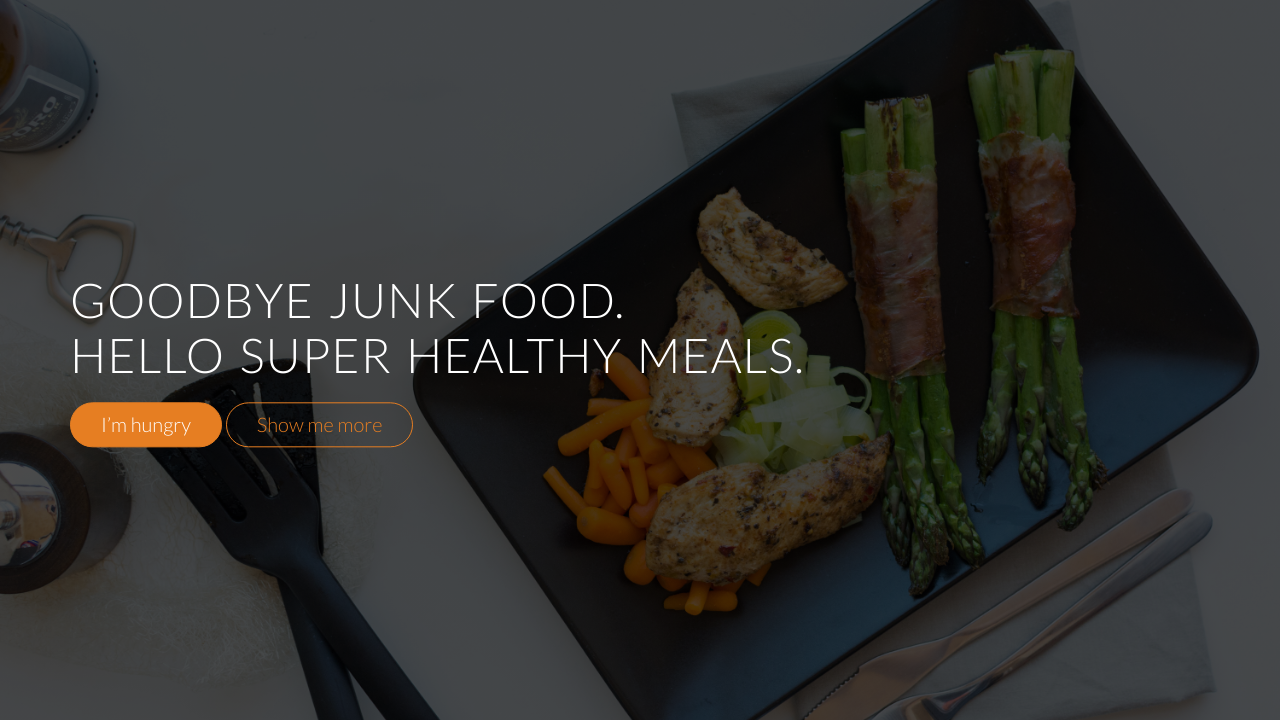
Repository: MalgorzataMazur/Omnifood
Page: index.html
An editor plug-in stored every save of this project. The page is shown before and after the next save, followed by the edit.
The browser window is 1280 px wide. The pictures show the whole page.

Above is the page before, as saved 2019-10-23 21:21:45.

After the next save:
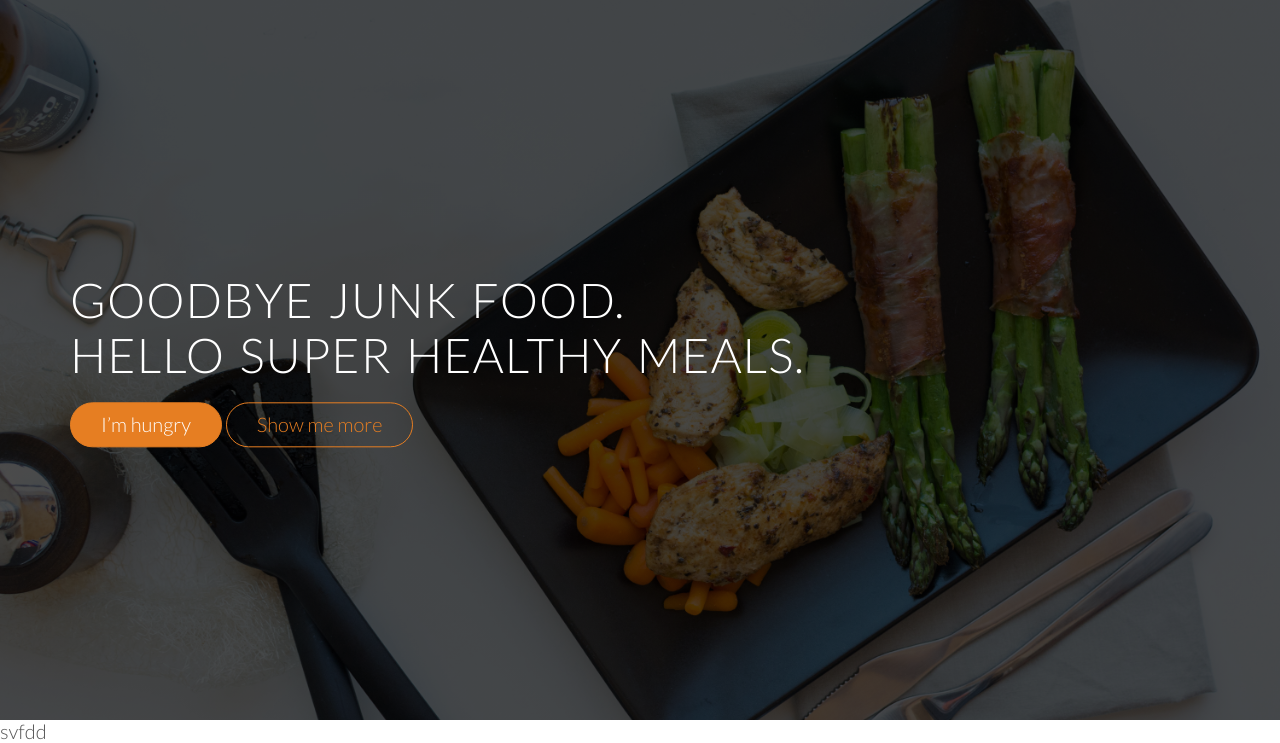
Saved 4 days later.
--- a/index.html
+++ b/index.html
@@ -25,3 +25,4 @@
 
     </body>
 </html>
+svfdd
